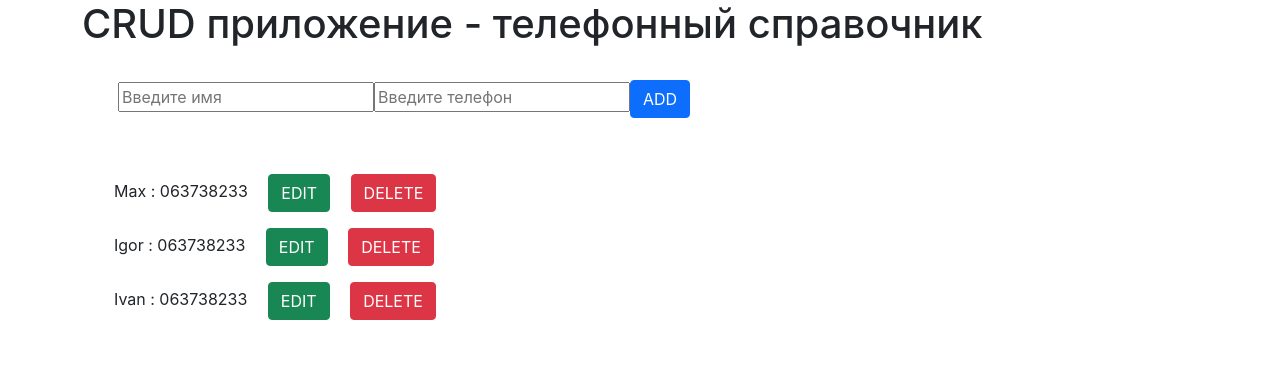
Repository: tsydikov/phone_book
Page: /
The author's editor kept a copy of each file at every save. The page is drawn from the files as they stood at one save, then again after the next save.
The browser window is 1280 px wide. The pictures show the whole page.
The project was rebuilt for these pictures with package versions that can differ from the ones it lists, and the page was loaded fresh each time. Also part of the build but not shown: src/App.css, src/components/Update.jsx.

Above is the page before, as saved 2021-10-07 22:17:15.

### public/index.html
<!DOCTYPE html>
<html lang="en">
  <head>
    <meta charset="utf-8" />
    <meta name="viewport" content="width=device-width, initial-scale=1" />
    <meta name="theme-color" content="#000000" />
    <link
      rel="stylesheet"
      href="https://cdn.jsdelivr.net/npm/bootstrap@5.1.1/dist/css/bootstrap.min.css"
      integrity="sha384-F3w7mX95PdgyTmZZMECAngseQB83DfGTowi0iMjiWaeVhAn4FJkqJByhZMI3AhiU"
      crossorigin="anonymous"
    />
    <title>Briz test</title>
  </head>
  <body>
    <noscript>You need to enable JavaScript to run this app.</noscript>
    <div id="root"></div>
  </body>
</html>

### src/index.js
import React from "react";
import ReactDOM from "react-dom";
import "./index.css";
import App from "./App";
import { Provider } from "react-redux";
import { store } from "./store/reducer";

ReactDOM.render(
  <Provider store={store}>
    <App />
  </Provider>,
  document.getElementById("root")
);

### src/App.js
import React from "react";
import { Col, Container, Row } from "react-bootstrap";
import "./App.css";
import Form from "./components/Form";
import PhoneList from "./components/PhoneList";

function App() {
  return (
    <Container>
      <Row >
        <h1>CRUD приложение - телефонный справочник</h1>
      </Row>
      <Row>
        <Col className="p-4">
          <Form />
        </Col>
      </Row>
      <Row>
        <Col className="p-4">
          <PhoneList />
        </Col>
      </Row>
    </Container>
  );
}

export default App;

### src/store/reducer.js
import { createStore } from "redux";
import { CREATE, DELETE, UPDATE } from "./types";

const defaultState = {
  phoneBook: [
    { id: 1, name: "Max", phoneNamber: "063738233" },
    { id: 2, name: "Igor", phoneNamber: "063738233" },
    { id: 3, name: "Ivan", phoneNamber: "063738233" },
  ],
};

const reducer = (state = defaultState, action) => {
  switch (action.type) {
    case CREATE:
      return { ...state, phoneBook: [...state.phoneBook, action.payload] };
    case DELETE:
      return {
        ...state,
        phoneBook: state.phoneBook.filter(
          (phone) => phone.id !== action.payload
        ),
      };
    case UPDATE:
      return {
        ...state,
        phoneBook: state.phoneBook.map((item) => {
          if (item.id === action.payload.id) {
            return {
              ...item,
              ...action.payload,
            };
          } else {
            return item;
          }
        }),
      };
    default:
      return state;
  }
};

export const store = createStore(reducer);

### src/components/Form.jsx
import React, { useState } from "react";
import { Button, Container } from "react-bootstrap";
import { useDispatch } from "react-redux";
import { addItem } from "../store/actions";

const Form = () => {
  const [name, setName] = useState("");
  const [phone, setPhone] = useState("");
  const dispatch = useDispatch();
  const addNewPhoneBookItem = () => {
    const newItem = {
      id: Date.now(),
      name: name,
      phoneNamber: phone,
    };
    if (name && phone) {
      dispatch(addItem(newItem));
      setName("");
      setPhone("");
    } else alert("поле имя и телефон должно быть заполнено");
  };
  return (
    <Container>
      <input
        type="text"
        value={name}
        placeholder="Введите имя"
        onChange={(e) => setName(e.target.value)}
      />
      <input
        type="text"
        value={phone}
        placeholder="Введите телефон"
        onChange={(e) => setPhone(e.target.value)}
      />
      <Button onClick={addNewPhoneBookItem}>ADD</Button>
    </Container>
  );
};

export default Form;

### src/components/PhoneList.jsx
import React, { useState } from "react";
import { useSelector } from "react-redux";
import PhoneItem from "./PhoneItem";
import Update from "./Update";

const PhoneList = () => {
  const [editItemActive, setEditItemActive] = useState(null);
  const phoneBook = useSelector((state) => state.phoneBook);
  const editPhoneBookItem = (id) => {
    setEditItemActive(id);
  };
  return (
    <div>
      {editItemActive ? (
        <Update
          key={editItemActive}
          updateId={editItemActive}
          update={setEditItemActive}
        />
      ) : (
        phoneBook.map((phone) => (
          <PhoneItem
            key={phone.id}
            phone={phone}
            editItem={editPhoneBookItem}
          />
        ))
      )}
    </div>
  );
};

export default PhoneList;

### src/store/types.js
export const CREATE = "CREATE";
export const UPDATE = "UPDATE";
export const DELETE = "DELETE";

### src/store/actions.js
import { CREATE, DELETE, UPDATE } from "./types";

export const addItem = (item) => ({ type: CREATE, payload: item });
export const deleteItem = (id) => ({ type: DELETE, payload: id });
export const updateItem = (item) => ({ type: UPDATE, payload: item });

### src/components/PhoneItem.jsx
import React from "react";
import { Button, Col, Container, Row } from "react-bootstrap";
import { useDispatch } from "react-redux";
import { deleteItem } from "../store/actions";

const PhoneItem = ({ phone, editItem }) => {
  const dispatch = useDispatch();
  const deletePhoneBookItem = () => {
    dispatch(deleteItem(phone.id));
  };
  return (
    <Container>
      <Row>
        <Col className="p-2">
          {phone.name} : {phone.phoneNamber}{" "}
          <Button variant="success" className="mx-3" onClick={() => editItem(phone.id)}>
            EDIT
          </Button>{" "}
          <Button variant="danger" onClick={deletePhoneBookItem}>
            DELETE
          </Button>
        </Col>
      </Row>
    </Container>
  );
};

export default PhoneItem;

Loaded but not shown: src/index.css (common file)

After the next save:
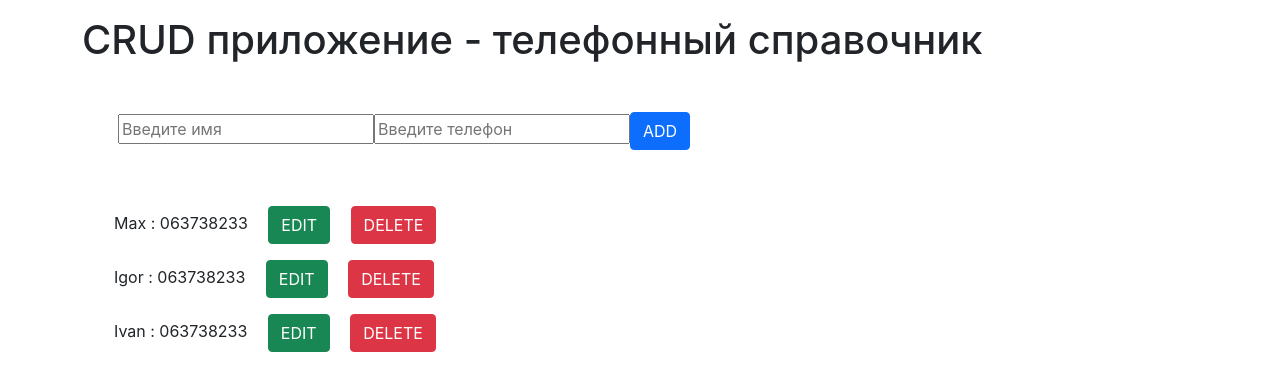
Saved 12 s later.
--- a/src/App.js
+++ b/src/App.js
@@ -7,7 +7,7 @@ import PhoneList from "./components/PhoneList";
 function App() {
   return (
     <Container>
-      <Row >
+      <Row className="py-3">
         <h1>CRUD приложение - телефонный справочник</h1>
       </Row>
       <Row>
